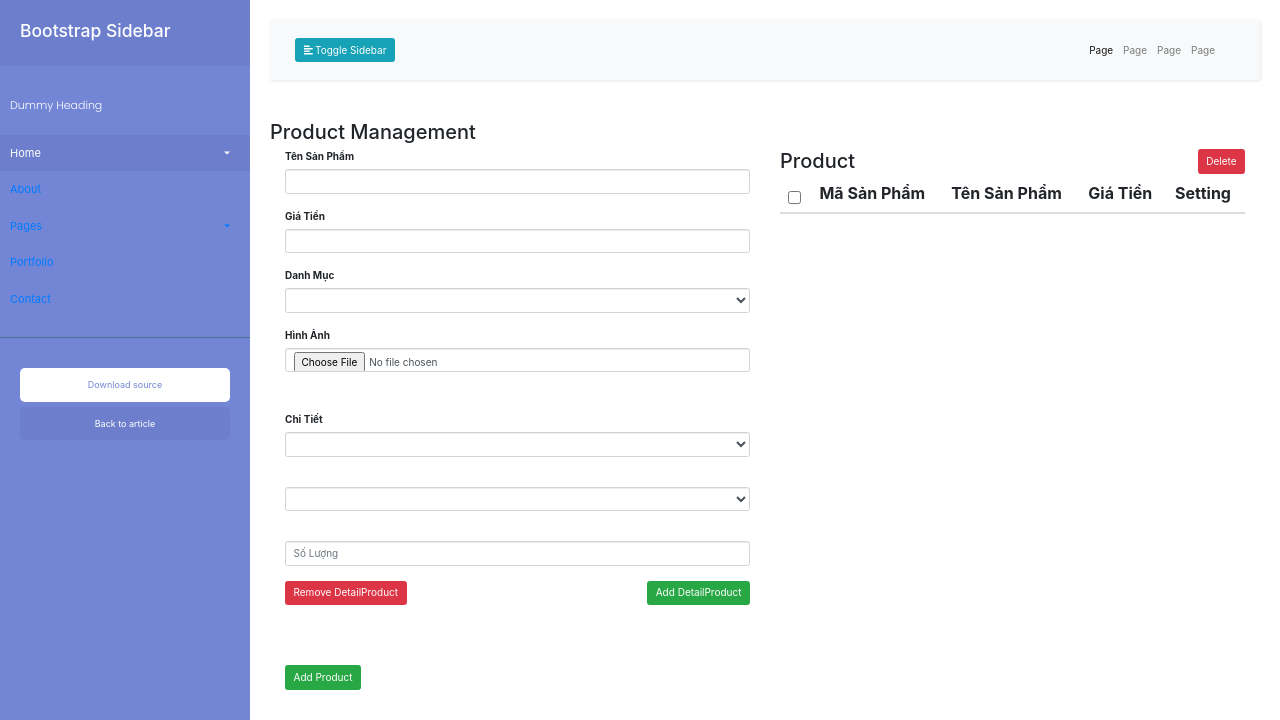
Repository: tiendungnguyen738/shoponline
Page: http://localhost/shoponline/WEB-INF/views/Product_Admin.jsp
The author's editor kept a copy of each file at every save. The page is drawn from the files as they stood at one save, then again after the next save.
The browser window is 1280 px wide. The pictures show the whole page.
Some web libraries are served in a nearby version. The page is served by Tomcat 9. Nobody is signed in. The template is opened directly, without the code that normally fills it, so the values that code supplies are empty.

Above is the page before, as saved 2019-09-24 13:31:28.

After the next save:
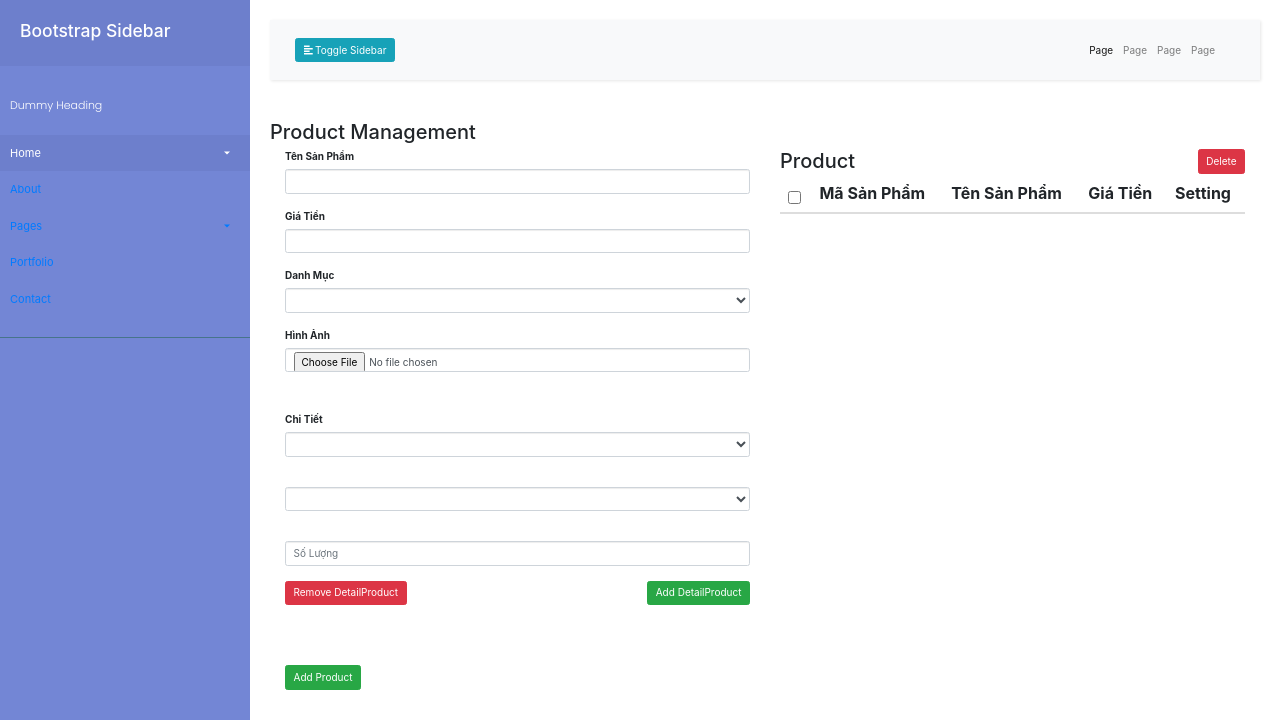
Saved 81 s later.
--- a/shoponline/src/main/webapp/WEB-INF/views/Product_Admin.jsp
+++ b/shoponline/src/main/webapp/WEB-INF/views/Product_Admin.jsp
@@ -65,14 +65,14 @@
                 </li>
             </ul>
 
-            <ul class="list-unstyled CTAs">
+<!--             <ul class="list-unstyled CTAs">
                 <li>
                     <a href="https://bootstrapious.com/tutorial/files/sidebar.zip" class="download">Download source</a>
                 </li>
                 <li>
                     <a href="https://bootstrapious.com/p/bootstrap-sidebar" class="article">Back to article</a>
                 </li>
-            </ul>
+            </ul> -->
         </nav>
             <div id="content">
 
@@ -200,9 +200,6 @@
 		                </c:forEach>
 	                </tbody>
 	            </table>
-	            <!--  class="pagination"
-	              class="page-item"
-	               class="page" -->
 	            <ul style="display: inline;list-style-type: none;margin-left:-6%;">
 	                <c:forEach begin="1" end="${tongSoTrang}" var="trangThu">
 	                     <li style="display: inline;margin-right: 0.2%; ">
